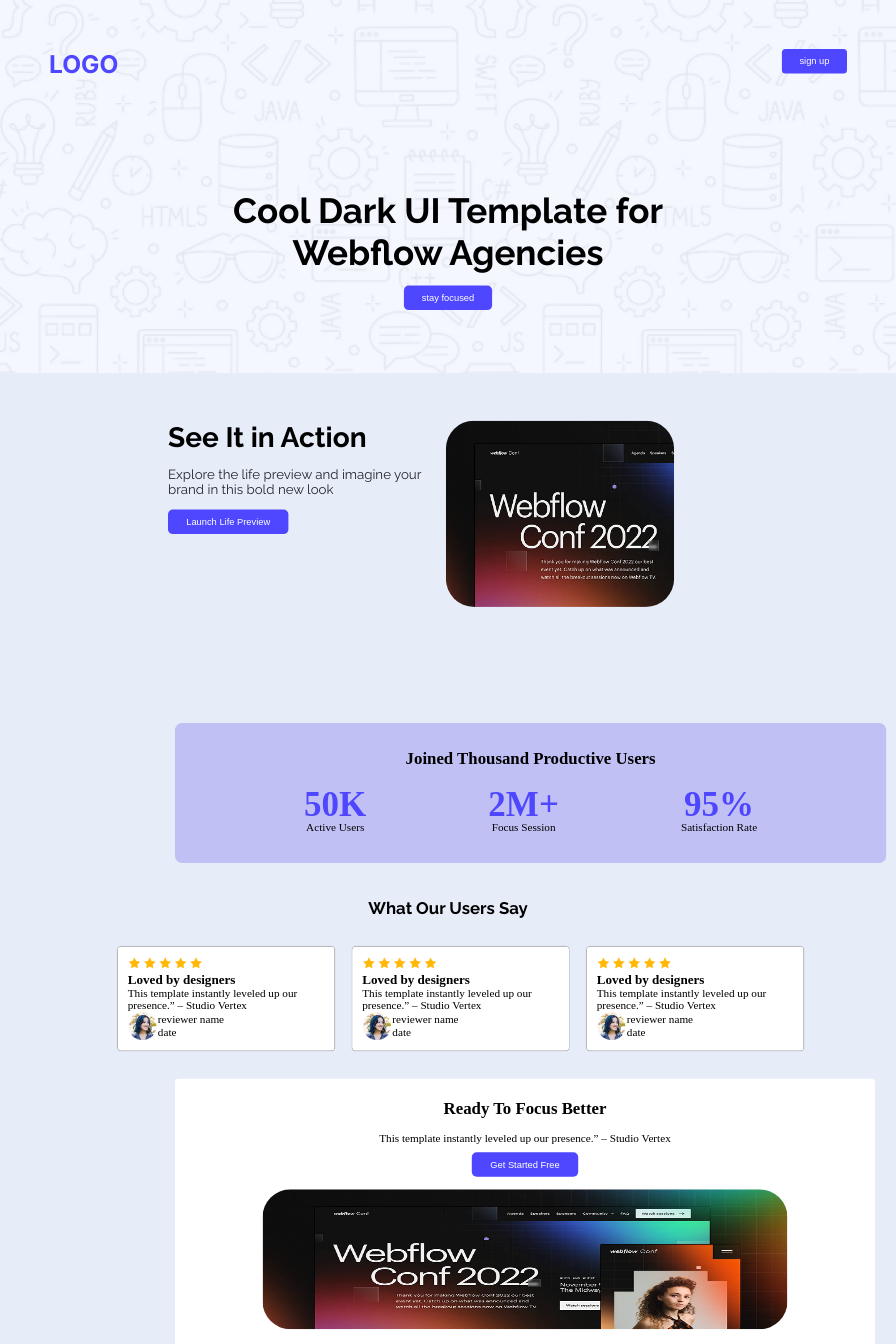
Repository: dollyrakhe22/landing-launchpad
Page: pra.html
An editor plug-in stored every save of this project. The page is shown before and after the next save, followed by the edit.
The browser window is 1280 px wide. The pictures show the part of the page from y = 0 to 1920 px (the page is 2599 px tall), at 70% of full size.

Above is the page before, as saved 2025-07-11 16:29:18.

After the next save:
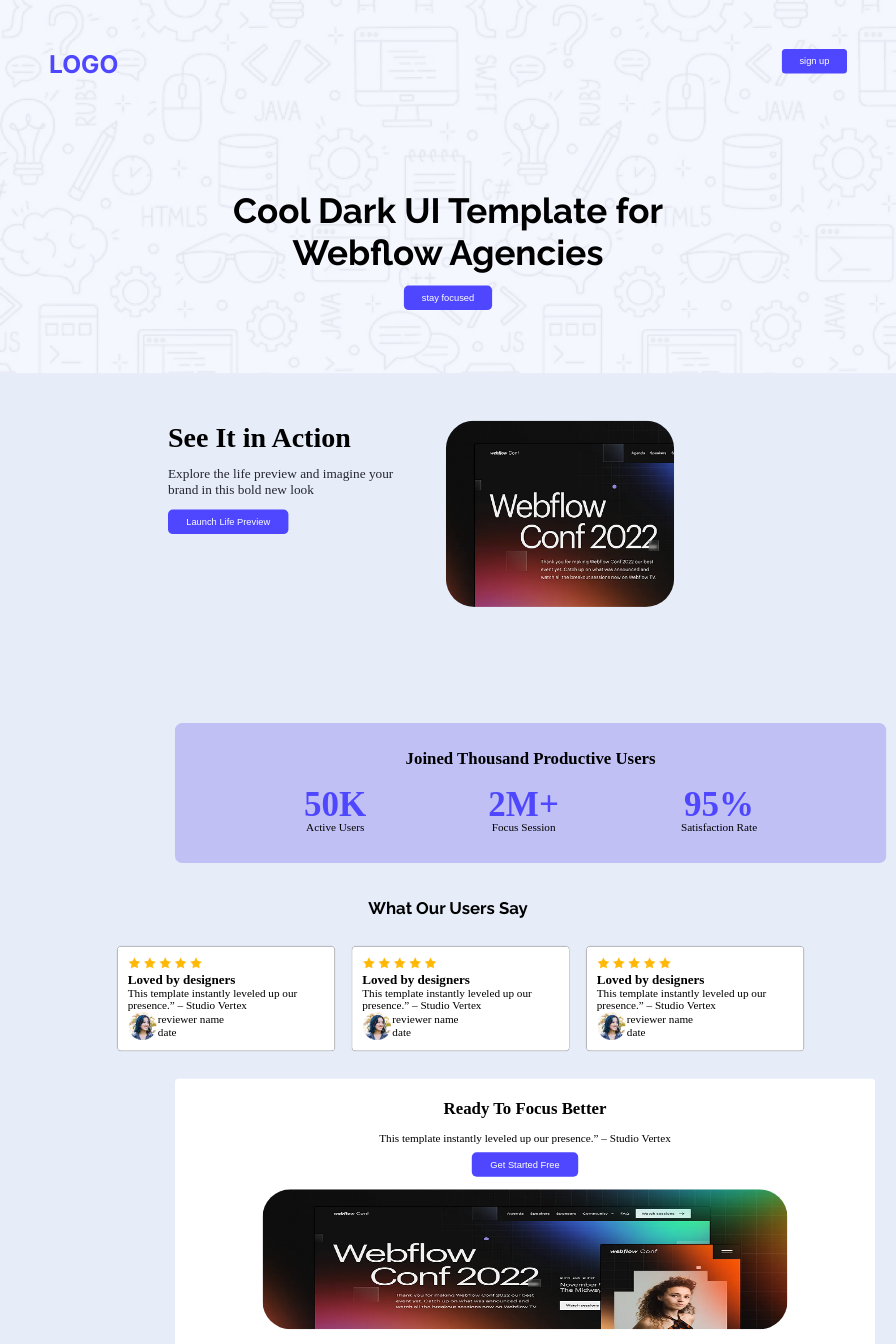
Saved 4 min 50 s later.
--- a/pra.html
+++ b/pra.html
@@ -26,8 +26,8 @@
            <!--action-container--->
            <div class="section-1">
             <div >
-                <h3 class="raleway-normal">See It in Action</h3><br>
-                <p class="raleway-normal" >Explore the life preview and imagine your<br>brand in this bold new look</p><br>
+                <h3 class="action-title">See It in Action</h3><br>
+                <p class="action-des" >Explore the life preview and imagine your<br>brand in this bold new look</p><br>
                  <a href=""><button class="button-container">Launch Life Preview</button></a>
                  </div>
                 <div>
--- a/style.css
+++ b/style.css
@@ -104,7 +104,9 @@
 
 }
 
-
+.action-title{
+    font-size: 42px;
+}
 
 
 
